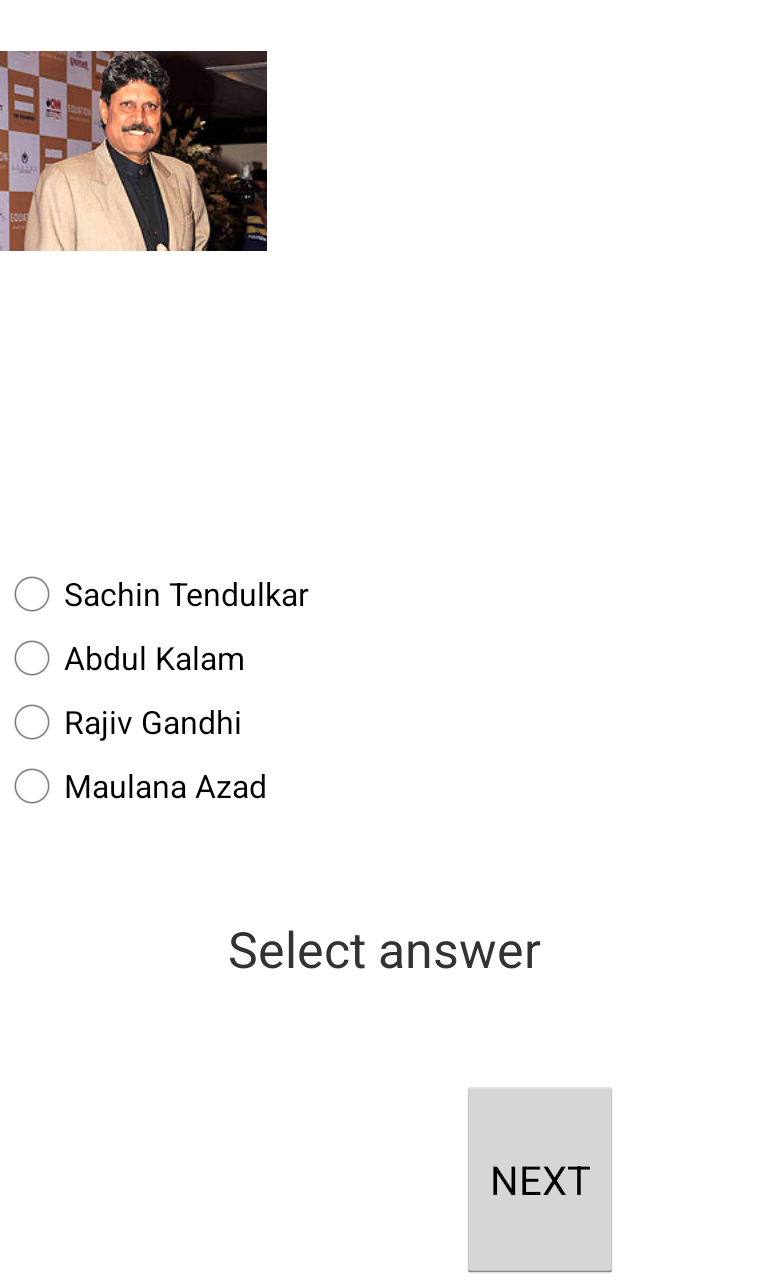
Repository: rupaligarje123/aakash
Layout: androidphotoquiz/FunChem1/photoquiz/res/layout/que12.xml
The author's editor kept a copy of each file at every save. The layout is drawn from the files as they stood at one save, then again after the next save.
It is drawn on a 768 x 1280 px phone screen (xhdpi) without system bars, with theme AppTheme; the app's code is not run.

Above is the layout before, as saved 2013-04-18 09:34:06.

### androidphotoquiz/FunChem1/photoquiz/res/layout/que12.xml
<?xml version="1.0" encoding="utf-8"?>
<LinearLayout xmlns:android="http://schemas.android.com/apk/res/android"
    android:layout_width="match_parent"
    android:layout_height="wrap_content"
    android:orientation="vertical" >

    <ImageView
        android:id="@+id/imageView1"
        android:layout_width="wrap_content"
        android:layout_height="wrap_content"
        android:layout_weight="1"
        android:src="@drawable/pic12" />

    <TextView
        android:id="@+id/editText1"
        android:layout_width="match_parent"
        android:layout_height="80sp"
        android:layout_weight="1"
        android:gravity="center"
        android:text=""
        android:textSize="25sp" >
    </TextView>
<RadioGroup
    android:layout_width="fill_parent"
    android:layout_height="wrap_content"
    android:orientation="vertical">
    >
    <RadioButton
        android:id="@+id/rd1201"
        android:layout_width="match_parent"
        android:layout_height="0dp"
        android:layout_weight="1"
        android:text="Sachin Tendulkar" />

    <RadioButton
        android:id="@+id/rd1202"
        android:layout_width="match_parent"
        android:layout_height="0dp"
        android:layout_weight="1"
        android:text="Abdul Kalam" />

    <RadioButton
        android:id="@+id/rd1203"
        android:layout_width="match_parent"
        android:layout_height="0dp"
        android:layout_weight="1"
        android:text="Rajiv Gandhi" />

    <RadioButton
        android:id="@+id/rd1204"
        android:layout_width="match_parent"
        android:layout_height="0dp"
        android:layout_weight="1"
        android:text="Maulana Azad" />
    </RadioGroup>
   <TextView
        android:id="@+id/tvr12"
        android:layout_width="match_parent"
        android:layout_height="80sp"
        android:layout_weight="1"
        android:gravity="center"
        android:text="@string/Result"
        android:textSize="25sp" >
    </TextView>
    <Button
        android:id="@+id/bn12"
        android:layout_width="80sp"
        android:layout_height="50sp"
        android:layout_weight="1"
        android:text="NEXT"
        android:textSize="20sp"
        android:layout_marginLeft="230sp"

        />
</LinearLayout>

### androidphotoquiz/FunChem1/photoquiz/res/values/strings.xml
<?xml version="1.0" encoding="utf-8"?>
<resources>

    <string name="app_name">FunChem</string>
    <string name="action_settings">Settings</string>
    <string name="hello_world">Identify Image</string>
    <string name="Result">Select answer</string>
    <string name="string1">Start</string>

</resources>

Loaded but not shown: androidphotoquiz/FunChem1/photoquiz/res/values/styles.xml (common file); androidphotoquiz/FunChem1/photoquiz/res/values-v11/styles.xml (common file); androidphotoquiz/FunChem1/photoquiz/res/values-v14/styles.xml (common file)

After the next save:
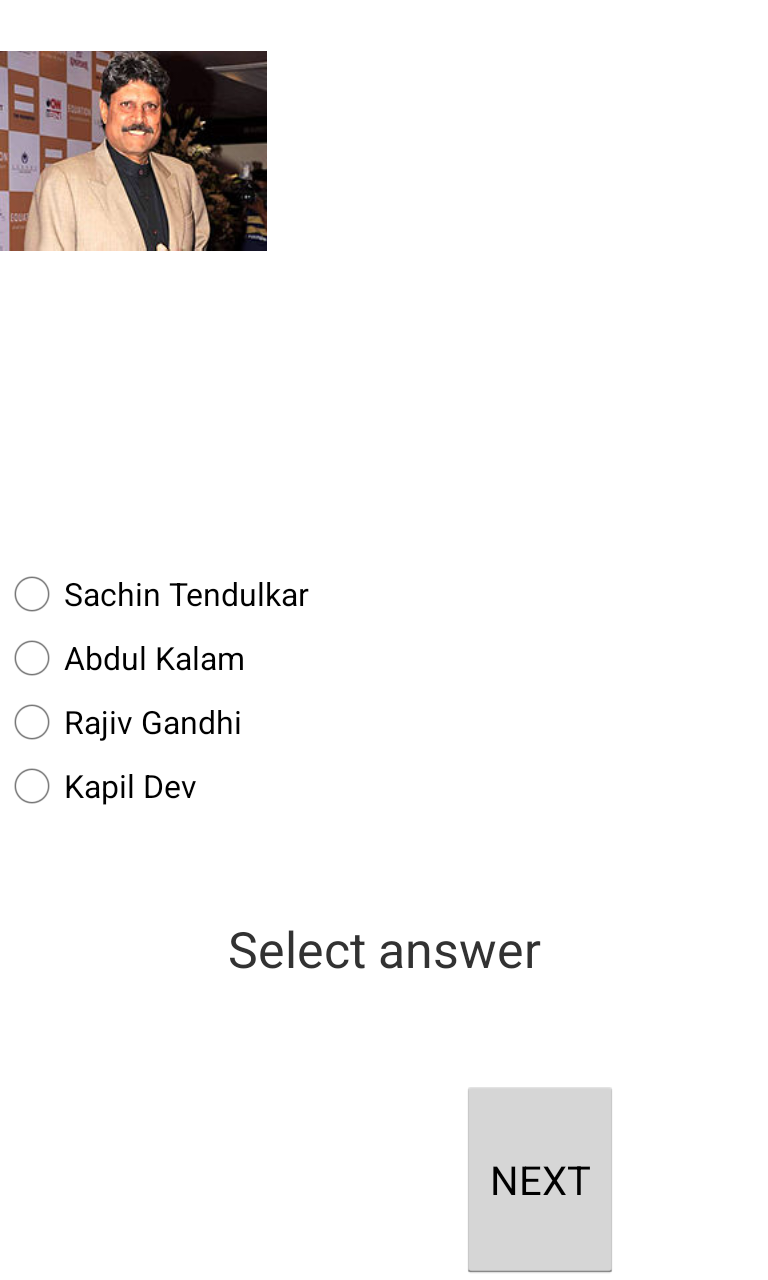
Saved 17 s later.
--- a/androidphotoquiz/FunChem1/photoquiz/res/layout/que12.xml
+++ b/androidphotoquiz/FunChem1/photoquiz/res/layout/que12.xml
@@ -51,7 +51,7 @@
         android:layout_width="match_parent"
         android:layout_height="0dp"
         android:layout_weight="1"
-        android:text="Maulana Azad" />
+        android:text="Kapil Dev" />
     </RadioGroup>
    <TextView
         android:id="@+id/tvr12"
